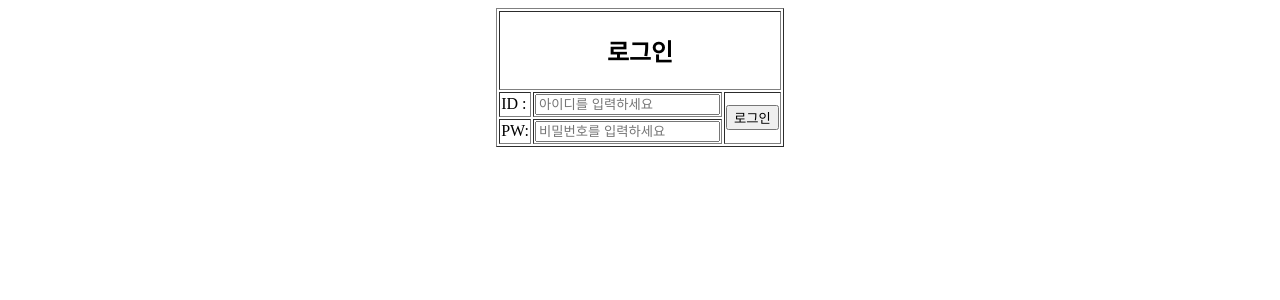
Repository: umhayun/myJSP
Page: HTML/src/main/webapp/login.html
The author's editor kept a copy of each file at every save. The page is drawn from the files as they stood at one save, then again after the next save.
The browser window is 1280 px wide. The pictures show the whole page.

Above is the page before, as saved 2022-01-18 01:51:39.

### HTML/src/main/webapp/login.html
<!DOCTYPE html>
<html>
<head>
<meta charset="UTF-8">
<title>Insert title here</title>
</head>
<body>
<!--form태그는 데이터를 전송하기 위해서 사용 -->
<form action="">
<table align=center border="1">
	<tr>
		<td colspan=3 align=center><h2>로그인</h2></td>
	</tr>
	<tr>
		<td width="20">ID : </td>
		<td width="50"><input type="text" placeholder="아이디를 입력하세요"></td>
		<td width="50"rowspan=2 align=center><input type=submit value="로그인"></td>
	</tr>
	<tr>
		<td width="20">PW: </td>
		<td width="50"><input type="password" placeholder="비밀번호를 입력하세요"></td>
	</tr>

</table>
</form>

</body>
</html>

After the next save:
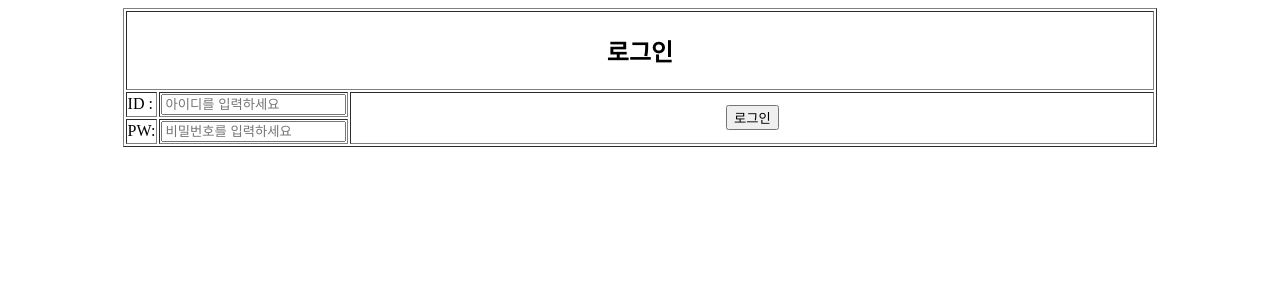
Saved 10 s later.
--- a/HTML/src/main/webapp/login.html
+++ b/HTML/src/main/webapp/login.html
@@ -14,7 +14,7 @@
 	<tr>
 		<td width="20">ID : </td>
 		<td width="50"><input type="text" placeholder="아이디를 입력하세요"></td>
-		<td width="50"rowspan=2 align=center><input type=submit value="로그인"></td>
+		<td width="800"rowspan=2 align=center><input type=submit value="로그인"></td>
 	</tr>
 	<tr>
 		<td width="20">PW: </td>
